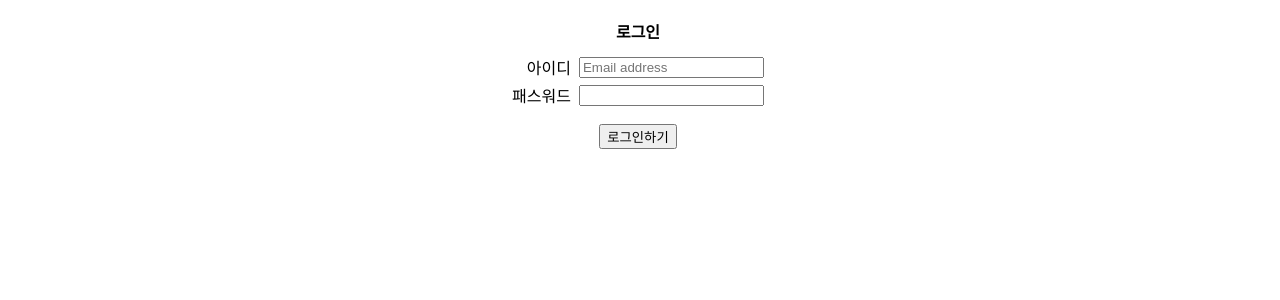
Repository: myungjin2009/SYUBook
Page: http://localhost/Hello2/signup.jsp
The author's editor kept a copy of each file at every save. The page is drawn from the files as they stood at one save, then again after the next save.
The browser window is 1280 px wide. The pictures show the whole page.
The page is served by Tomcat 9. Nobody is signed in. The application's start-up code is not run.

Above is the page before, as saved 2021-05-20 13:36:28.

After the next save:
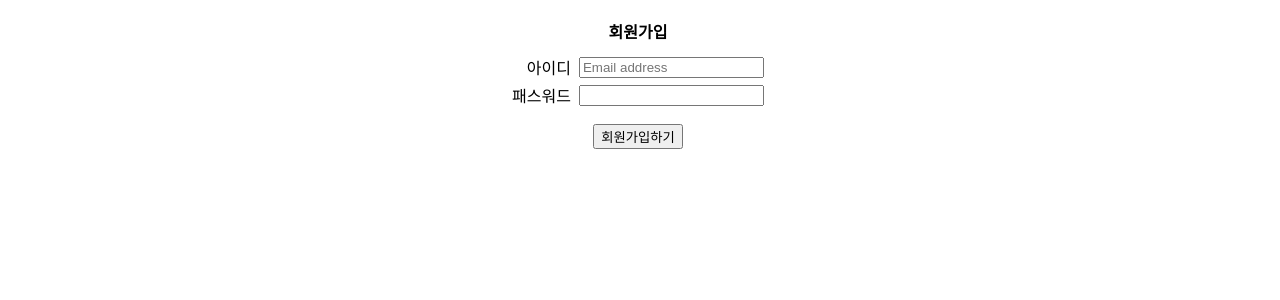
Saved 8 min 3 s later.
--- a/Hello2/WebContent/signup.jsp
+++ b/Hello2/WebContent/signup.jsp
@@ -7,10 +7,10 @@
 <title>Insert title here</title>
 </head>
 <body>
-	<form action="LoginSession.jsp" method="post">
+	<form action="signup.jsp" method="post">
 		<table align=center>
 		<tr>
-			<td colspan=2 align=center height=40><b>로그인</b><td>
+			<td colspan=2 align=center height=40><b>회원가입</b><td>
 		</tr>
 		<tr>
 			<td align=right>아이디&nbsp;</td>
@@ -22,7 +22,7 @@
 		</tr>
 		<tr>
 			<td colspan=2 align=center height=50>
-			<input type="submit" value="로그인하기">
+			<input type="submit" value="회원가입하기">
 			</td>
 		</tr>
 		</table>
